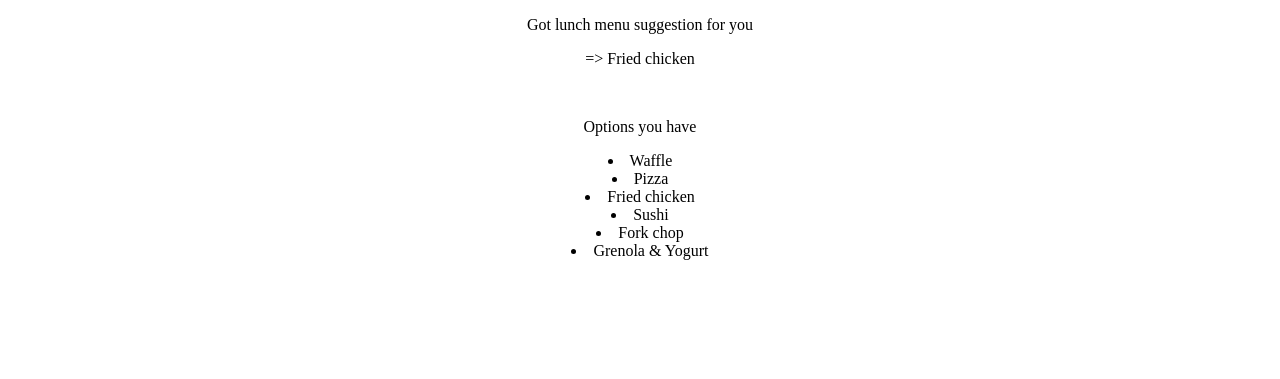
Repository: chloe-codes1/Django
Page: http://localhost/lunch/
The author's editor kept a record of every edit. The page is drawn from the files as they stood at one moment, then again after the next edit.
The browser window is 1280 px wide. The pictures show the whole page.
The page is served by the project's application, run on Django 2.2 (live/django_intro/manage.py). Other server files are loaded and not shown.

Above is the page before.

### live/django_intro/pages/views.py
from django.shortcuts import render

import random

# Create your views here.
def index(request):
    return render(request, 'index.html')

def hello(request):
    return render(request, 'hello.html')

def lotto(request):

    pick = sorted(random.sample(range(1,46),6))
    context = {'pick':pick,}
    # return render(request, 'lotto.html', context)
    return render(request, 'lotto.html', {'pick':pick})

def cube(request, num):
    return render(request, 'cube.html',{'result':num**3})

def about_me(request):
    return render(request, 'about_me.html')

def lunch(request):
    options = ['Waffle', 'Pizza', 'Fried chicken', 'Sushi', 'Fork chop', 'Grenola & Yogurt']
    menu = random.choice(options)
    context = {
        'menu': menu,
        'options': options
    }

    return render(request, 'lunch.html', context)

def hi(request, name):
    context = {
        'name': name
    }
    return render(request, 'hi.html',context)

def add(request, a, b):
    result = a+ b
    context = {
        'a': a,
        'b':b,
        'result': result
    }
    return render(request,'add.html', context)


def dinner(reqeust, menu, num):
    context = {
        'menu': menu,
        'num' : num,
    }
    return render(reqeust, 'dinner.html', context)

def posts(request, id):
    content = 'Life is short, you need python!'
    replies = [ 'Thumbs up', 'Like your post', 'So informative!']
    no_replies = []
    user = 'admin'
    context = {
        'id':id,
        'content': content,
        'replies' : replies,
        'no_replies': no_replies,
        'user': user,
    }
    return render(request, 'posts.html', context)

### live/django_intro/pages/templates/lunch.html
<!DOCTYPE html>
<html lang="en">
<head>
    <meta charset="UTF-8">
    <meta name="viewport" content="width=device-width, initial-scale=1.0">
    <meta http-equiv="X-UA-Compatible" content="ie=edge">
    <title>Lunch menu recommendation</title>
    <style>
        div {
            text-align: center;
        }
    </style>
</head>
<body>
    <div>
    <p>Got lunch menu suggestion for you</p>
    <p> => {{menu}}</p>

    <br>
    <p>Options you have</p>
    {% for option in options %}
       <li>{{option}}</li>
    {% endfor %}
    </div>

</body>
</html>

### live/django_intro/django_intro/urls.py
"""django_intro URL Configuration

The `urlpatterns` list routes URLs to views. For more information please see:
    https://docs.djangoproject.com/en/2.1/topics/http/urls/
Examples:
Function views
    1. Add an import:  from my_app import views
    2. Add a URL to urlpatterns:  path('', views.home, name='home')
Class-based views
    1. Add an import:  from other_app.views import Home
    2. Add a URL to urlpatterns:  path('', Home.as_view(), name='home')
Including another URLconf
    1. Import the include() function: from django.urls import include, path
    2. Add a URL to urlpatterns:  path('blog/', include('blog.urls'))
"""
from django.contrib import admin
from django.urls import path
from pages import views

urlpatterns = [
    path('admin/', admin.site.urls),
    path('index/', views.index),
    path('hello/', views.hello),
    path('lotto/', views.lotto),
    path('cube/<int:num>/', views.cube),
    path('about_me/',views.about_me),
    path('lunch/', views.lunch),
    #variable routing
    path('hi/<str:name>/', views.hi),
    path('add/<int:a>/<int:b>', views.add),
    path('dinner/<str:menu>/<int:num>/', views.dinner),
    path('posts/<int:id>/', views.posts),
]

After the next edit:
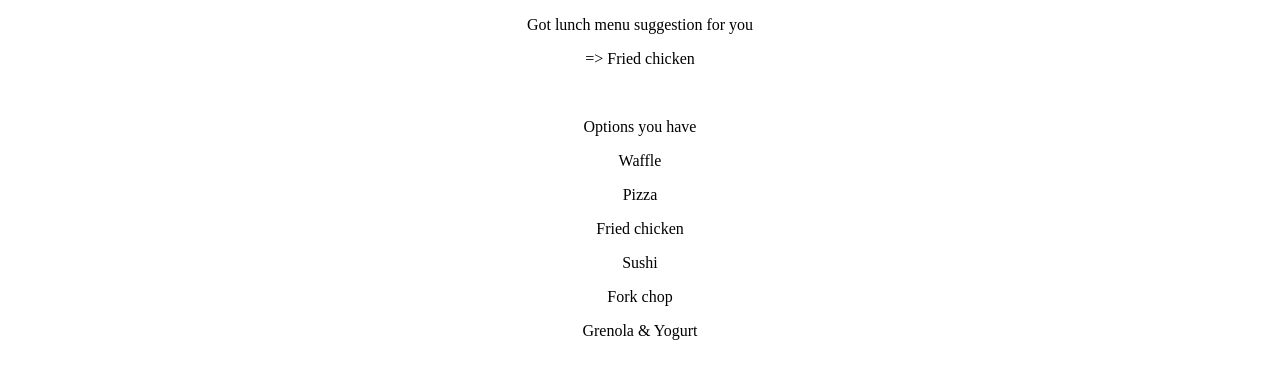
The edit:
--- a/live/django_intro/pages/templates/lunch.html
+++ b/live/django_intro/pages/templates/lunch.html
@@ -19,7 +19,7 @@
     <br>
     <p>Options you have</p>
     {% for option in options %}
-       <li>{{option}}</li>
+       <p>{{option}}</p>
     {% endfor %}
     </div>
 
